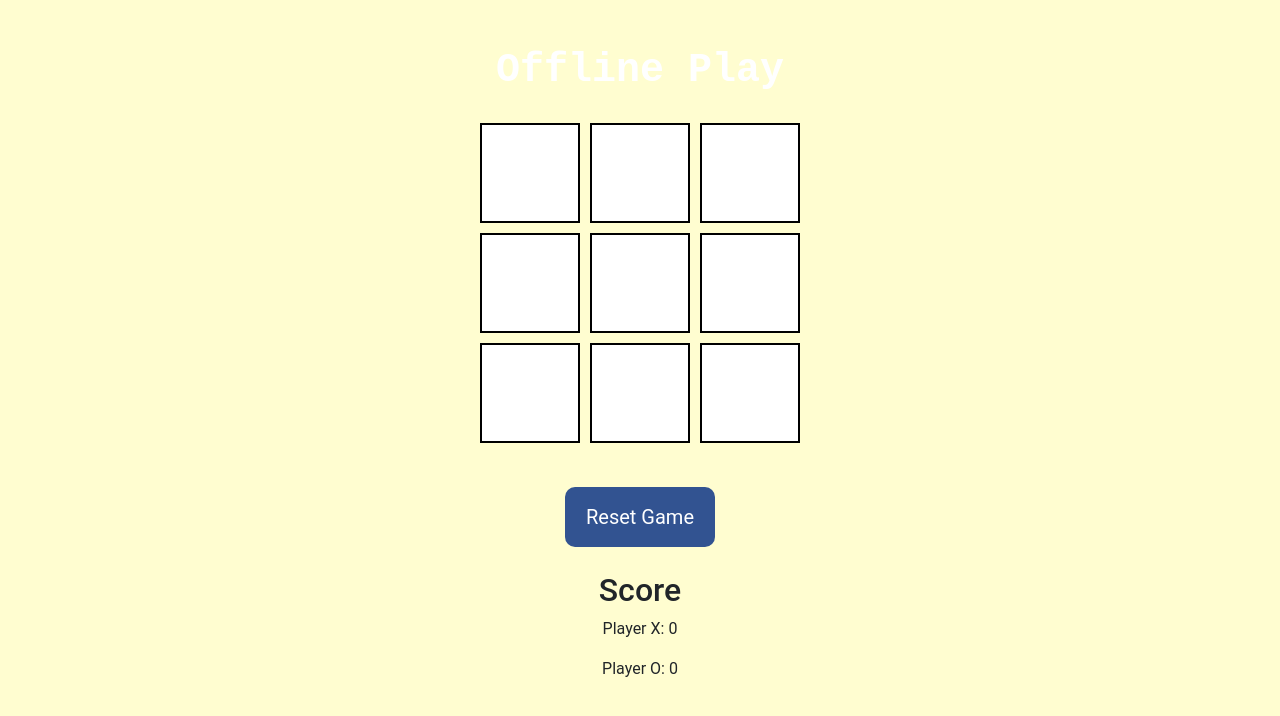
Repository: sidv121415/tic-tac-toe
Page: game.html
The author's editor kept a copy of each file at every save. The page is drawn from the files as they stood at one save, then again after the next save.
The browser window is 1280 px wide. The pictures show the whole page.

Above is the page before, as saved 2024-10-21 21:47:22.

### game.html
<!DOCTYPE html>
<html>
<head>
    <link rel="stylesheet" href="https://stackpath.bootstrapcdn.com/bootstrap/4.5.2/css/bootstrap.min.css" integrity="sha384-JcKb8q3iqJ61gNV9KGb8thSsNjpSL0n8PARn9HuZOnIxN0hoP+VmmDGMN5t9UJ0Z" crossorigin="anonymous" />
    <link rel="stylesheet" href="css/style.css" />
    <title>Tic Tac Toe</title>
</head>
<body>
    <div class="main-div">
        <div class="d pt-4">
            <h1 class="text-center head" id="modeTitle"></h1>
        </div>
        <div class="d-flex justify-content-center">
            <div class="game-board">
                <div class="cell" data-index="0"></div>
                <div class="cell" data-index="1"></div>
                <div class="cell" data-index="2"></div>
                <div class="cell" data-index="3"></div>
                <div class="cell" data-index="4"></div>
                <div class="cell" data-index="5"></div>
                <div class="cell" data-index="6"></div>
                <div class="cell" data-index="7"></div>
                <div class="cell" data-index="8"></div>
            </div>
        </div>
        <div class="text-center mt-4">
            <button class="but" id="resetBtn">Reset Game</button>
        </div>
        <div class="text-center mt-4">
            <h2>Score</h2>
            <p>Player X: <span id="scoreX">0</span></p>
            <p>Player O: <span id="scoreO">0</span></p>
        </div>
    </div>

    <script src="js/game.js"></script>
</body>
</html>

### css/style.css
body {
    background-color: #FFFDD0;
    display: flex;
    justify-content: center;
    align-items: center;
    height: 100vh;
    font-family: 'Roboto', sans-serif;
}

.game-board {
    display: grid;
    grid-template-columns: repeat(3, 100px);
    grid-template-rows: repeat(3, 100px);
    gap: 10px;
    margin-top: 20px;
}

.cell {
    width: 100px;
    height: 100px;
    display: flex;
    justify-content: center;
    align-items: center;
    font-size: 36px;
    background-color: white;
    border: 2px solid black;
    cursor: pointer;
}

.but {
    width: 150px;
    height: 60px;
    border-radius: 10px;
    border-width: 0;
    background-color: #325391;
    color: white;
    font-size: 20px;
    margin-top: 20px;
}

.head {
    font-family: Courier New;
    font-weight: bold;
    color: white;
}

.back {
    background-color: black;
}

### js/game.js
const cells = document.querySelectorAll('.cell');
const resetBtn = document.getElementById('resetBtn');
const modeTitle = document.getElementById('modeTitle');
const scoreXElement = document.getElementById('scoreX');
const scoreOElement = document.getElementById('scoreO');
let currentPlayer = 'X';
let gameBoard = Array(9).fill(null);
let scoreX = 0;
let scoreO = 0;

const params = new URLSearchParams(window.location.search);
const mode = params.get('mode');

if (mode === 'ai') {
    modeTitle.textContent = "Player vs AI";
} else {
    modeTitle.textContent = "Offline Play";
}

// Game logic
cells.forEach(cell => {
    cell.addEventListener('click', handleClick);
});

resetBtn.addEventListener('click', resetBoard);

function handleClick(event) {
    const index = event.target.getAttribute('data-index');
    if (gameBoard[index] || checkWin()) return; // Prevent overwriting cells

    gameBoard[index] = currentPlayer;
    event.target.textContent = currentPlayer;

    if (checkWin()) {
        if (currentPlayer === 'X') {
            scoreX++;
            scoreXElement.textContent = scoreX;
            alert("Player X wins!");
        } else {
            scoreO++;
            scoreOElement.textContent = scoreO;
            alert("Player O wins!");
        }
        resetBoard();
    } else if (gameBoard.every(cell => cell)) {
        alert("It's a draw!");
        resetBoard();
    } else {
        currentPlayer = currentPlayer === 'X' ? 'O' : 'X'; // Switch player
        if (mode === 'ai' && currentPlayer === 'O') {
            aiMove();
        }
    }
}

// AI logic
function aiMove() {
    let emptyCells = gameBoard.map((val, idx) => (val === null ? idx : null)).filter(val => val !== null);
    let randomCell = emptyCells[Math.floor(Math.random() * emptyCells.length)];
    gameBoard[randomCell] = 'O';
    cells[randomCell].textContent = 'O';

    if (checkWin()) {
        scoreO++;
        scoreOElement.textContent = scoreO;
        alert("AI wins!");
        resetBoard();
    } else if (gameBoard.every(cell => cell)) {
        alert("It's a draw!");
        resetBoard();
    } else {
        currentPlayer = 'X'; // Switch back to player X
    }
}

// Check win conditions
function checkWin() {
    const winConditions = [
        [0, 1, 2],
        [3, 4, 5],
        [6, 7, 8],
        [0, 3, 6],
        [1, 4, 7],
        [2, 5, 8],
        [0, 4, 8],
        [2, 4, 6]
    ];
    return winConditions.some(condition => {
        const [a, b, c] = condition;
        return gameBoard[a] && gameBoard[a] === gameBoard[b] && gameBoard[a] === gameBoard[c];
    });
}

// Reset the board
function resetBoard() {
    gameBoard.fill(null);
    cells.forEach(cell => {
        cell.textContent = '';
    });
    currentPlayer = 'X'; // Reset to Player X
}

After the next save:
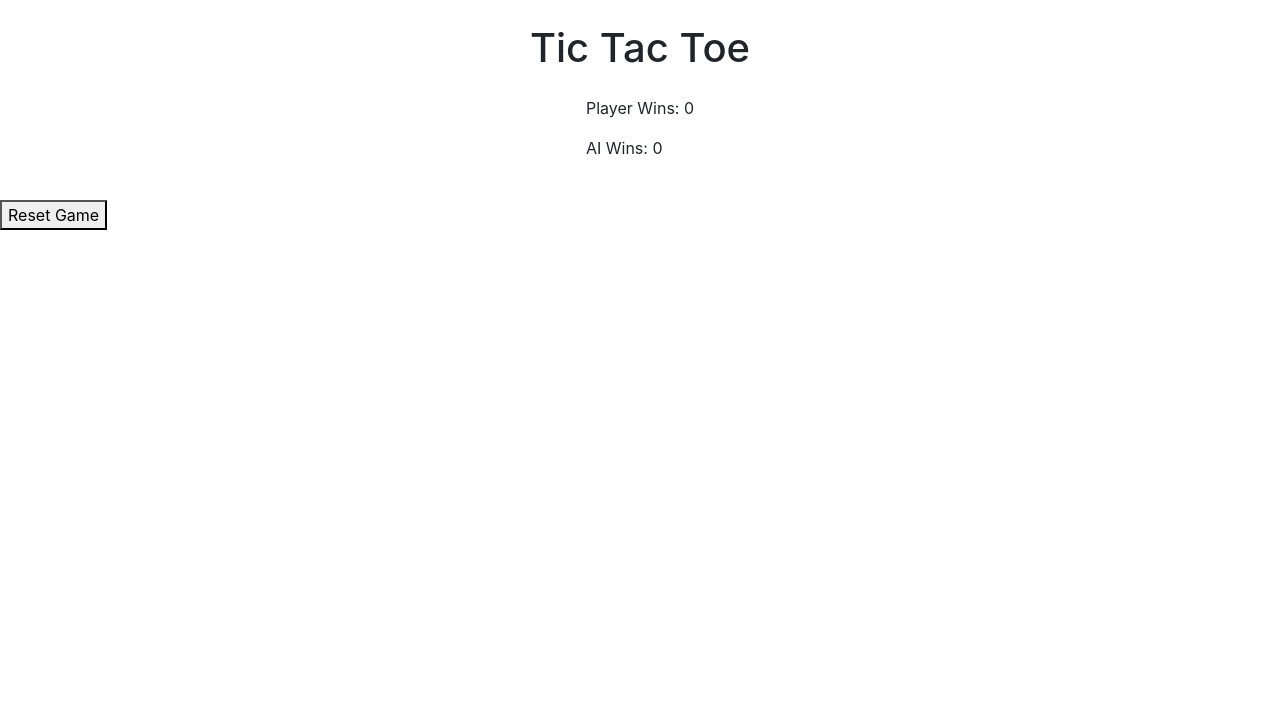
Not found: script.js
Not found: styles.css
Saved 9 min 0 s later.
--- a/game.html
+++ b/game.html
@@ -1,38 +1,39 @@
 <!DOCTYPE html>
-<html>
+<html lang="en">
 <head>
-    <link rel="stylesheet" href="https://stackpath.bootstrapcdn.com/bootstrap/4.5.2/css/bootstrap.min.css" integrity="sha384-JcKb8q3iqJ61gNV9KGb8thSsNjpSL0n8PARn9HuZOnIxN0hoP+VmmDGMN5t9UJ0Z" crossorigin="anonymous" />
-    <link rel="stylesheet" href="css/style.css" />
-    <title>Tic Tac Toe</title>
+    <meta charset="UTF-8">
+    <meta name="viewport" content="width=device-width, initial-scale=1.0">
+    <title>Tic Tac Toe Game</title>
+    <link rel="stylesheet" href="https://stackpath.bootstrapcdn.com/bootstrap/4.5.2/css/bootstrap.min.css">
+    <link rel="stylesheet" href="styles.css">
 </head>
 <body>
-    <div class="main-div">
-        <div class="d pt-4">
-            <h1 class="text-center head" id="modeTitle"></h1>
+    <div class="game-div">
+        <div class="header-container pt-4">
+            <h1 class="text-center game-header">Tic Tac Toe</h1>
         </div>
-        <div class="d-flex justify-content-center">
-            <div class="game-board">
-                <div class="cell" data-index="0"></div>
-                <div class="cell" data-index="1"></div>
-                <div class="cell" data-index="2"></div>
-                <div class="cell" data-index="3"></div>
-                <div class="cell" data-index="4"></div>
-                <div class="cell" data-index="5"></div>
-                <div class="cell" data-index="6"></div>
-                <div class="cell" data-index="7"></div>
-                <div class="cell" data-index="8"></div>
+        <div class="score-container d-flex justify-content-center mt-4">
+            <div class="scoreboard">
+                <p>Player Wins: <span id="playerScore">0</span></p>
+                <p>AI Wins: <span id="aiScore">0</span></p>
             </div>
         </div>
-        <div class="text-center mt-4">
-            <button class="but" id="resetBtn">Reset Game</button>
+        <div class="game-board d-flex justify-content-center mt-4">
+            <div id="board" class="board">
+                <!-- Game Cells -->
+                <div class="cell" onclick="makeMove(this, 'X')"></div>
+                <div class="cell" onclick="makeMove(this, 'X')"></div>
+                <div class="cell" onclick="makeMove(this, 'X')"></div>
+                <div class="cell" onclick="makeMove(this, 'X')"></div>
+                <div class="cell" onclick="makeMove(this, 'X')"></div>
+                <div class="cell" onclick="makeMove(this, 'X')"></div>
+                <div class="cell" onclick="makeMove(this, 'X')"></div>
+                <div class="cell" onclick="makeMove(this, 'X')"></div>
+                <div class="cell" onclick="makeMove(this, 'X')"></div>
+            </div>
         </div>
-        <div class="text-center mt-4">
-            <h2>Score</h2>
-            <p>Player X: <span id="scoreX">0</span></p>
-            <p>Player O: <span id="scoreO">0</span></p>
-        </div>
+        <button class="reset-button" onclick="resetGame()">Reset Game</button>
     </div>
-
-    <script src="js/game.js"></script>
+    <script src="script.js"></script>
 </body>
 </html>
